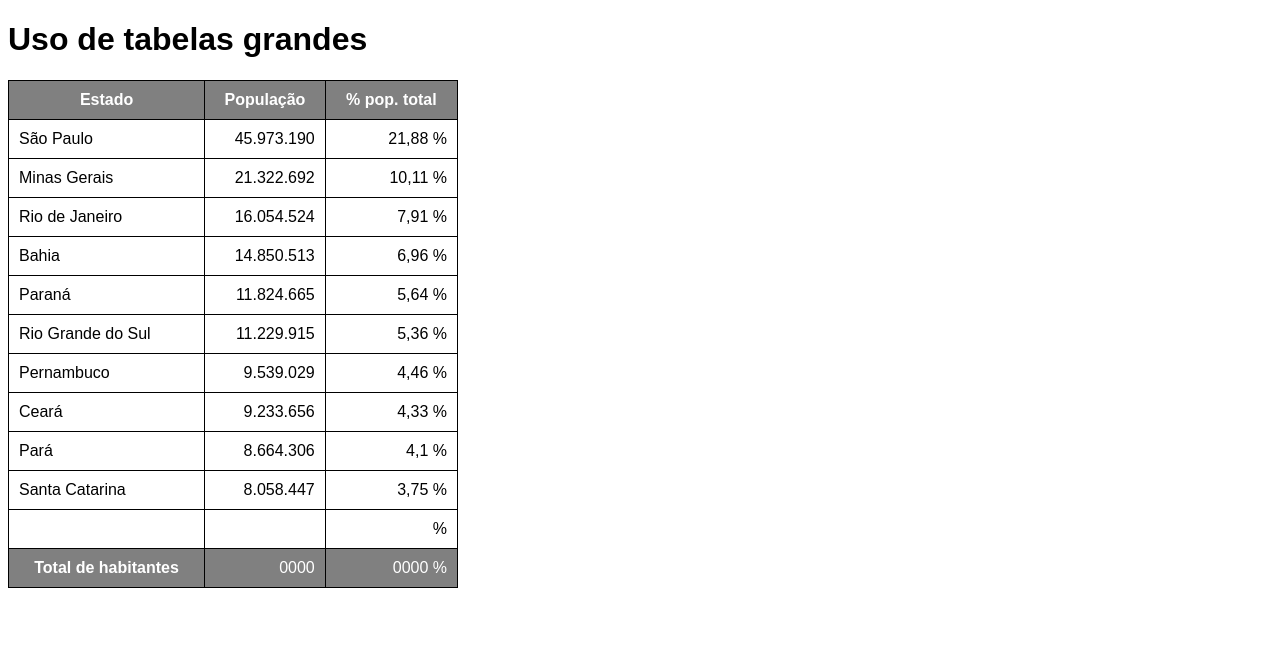
Repository: railsondev/html-css
Page: Módulo3/Exercicios/Ex02 - Tabelas/tabela002.html
These files come from the project's save history. The page is drawn as it stood at one moment and after a run of saves; the edit follows.
The browser window is 1280 px wide. The pictures show the whole page.

Above is the page before, as saved 2024-10-18 18:27:12.

### Módulo3/Exercicios/Ex02 - Tabelas/tabela002.html
<!DOCTYPE html>
<html lang="pt-br">
<head>
  <meta charset="UTF-8">
  <meta name="viewport" content="width=device-width, initial-scale=1.0">
  <title>Tabelas grandes</title>
  <link rel="stylesheet" href="src/css/estilo01.css">
</head>
<body>
  <h1>Uso de tabelas grandes</h1>
  <table>
    <thead>
      <tr>
        <th>Estado</th>
        <th>População</th>
        <th>% pop. total</th>
      </tr>
    </thead>
    <tbody>
      <td>São Paulo</td>
      <td class="numero">45.973.190</td>
      <td class="porc">21,88</td>
    </tbody>
    <tbody>
      <td>Minas Gerais</td>
      <td class="numero">21.322.692</td>
      <td class="porc">10,11</td>
    </tbody>
    <tbody>
      <td>Rio de Janeiro</td>
      <td class="numero">16.054.524</td>
      <td class="porc">7,91</td>
    </tbody>
    <tbody>
      <td>Bahia</td>
      <td class="numero">14.850.513</td>
      <td class="porc">6,96</td>
    </tbody>
    <tbody>
      <td>Paraná</td>
      <td class="numero">11.824.665</td>
      <td class="porc">5,64</td>
    </tbody>
    <tbody>
      <td>Rio Grande do Sul</td>
      <td class="numero">11.229.915</td>
      <td class="porc">5,36</td>
    </tbody>
    <tbody>
      <td>Pernambuco</td>
      <td class="numero">9.539.029</td>
      <td class="porc">4,46</td>
    </tbody>
    <tbody>
      <td>Ceará</td>
      <td class="numero">9.233.656</td>
      <td class="porc">4,33</td>
    </tbody>
    <tbody>
      <td>Pará</td>
      <td class="numero">8.664.306</td>
      <td class="porc">4,1</td>
    </tbody>
    <tbody>
      <td>Santa Catarina</td>
      <td class="numero">8.058.447</td>
      <td class="porc">3,75</td>
    </tbody>
    <tbody>
      <td></td>
      <td class="numero"></td>
      <td class="porc"></td>
    </tbody>
    <tfoot>
      <tr>
        <th>Total de habitantes</th>
        <td class="numero">0000</td>
        <td class="porc">0000</td>
      </tr>
    </tfoot>
  </table>
</body>
</html>

### Módulo3/Exercicios/Ex02 - Tabelas/src/css/estilo01.css
@charset 'UTF-8';

body {
  font-family: Arial, Helvetica, sans-serif;
}
.porc::after {
  content: ' %';
}

.numero, .porc {
  text-align: right;
}

table {
  width: 450px;
  border-collapse: collapse;
}
td, th {
  border: 1px solid black;
  padding: 10px;
}
thead, tfoot {
  background-color: gray;
  color: white;
}

After the next 2 saves:
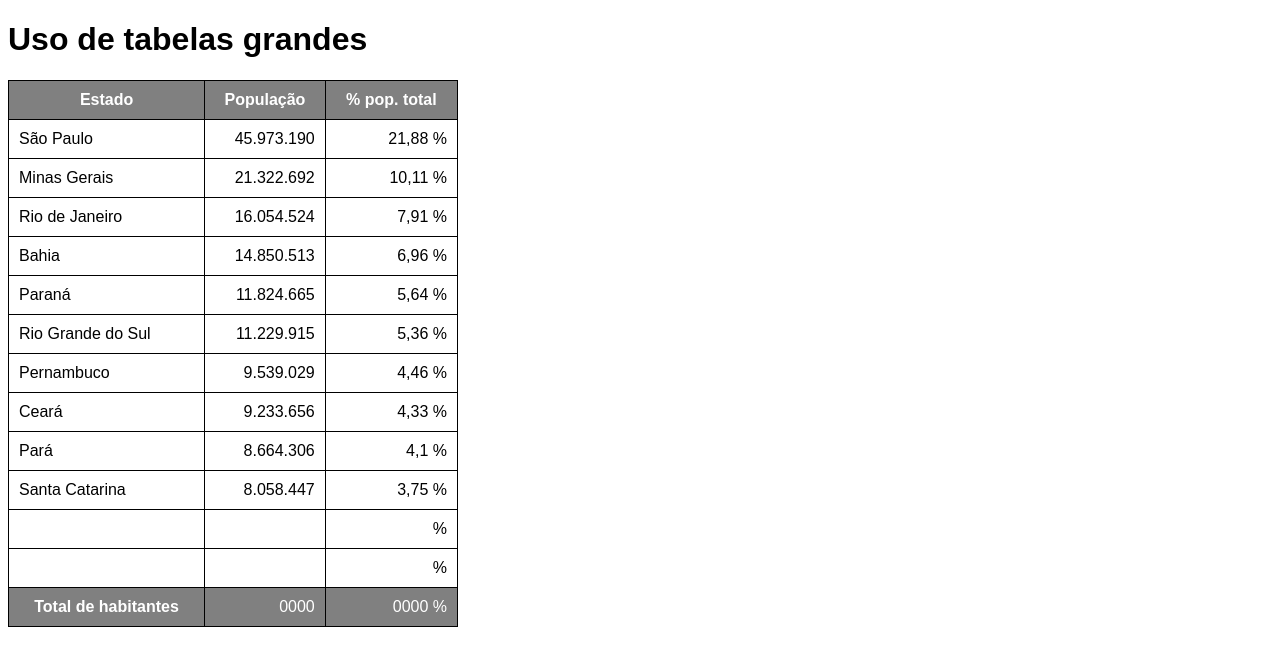
The 2 saves are shown as one change because they came seconds apart.
The last was saved 9 s later.
--- a/Módulo3/Exercicios/Ex02 - Tabelas/tabela002.html
+++ b/Módulo3/Exercicios/Ex02 - Tabelas/tabela002.html
@@ -71,6 +71,12 @@
       <td class="numero"></td>
       <td class="porc"></td>
     </tbody>
+    <tbody>
+      <td></td>
+      <td class="numero"></td>
+      <td class="porc"></td>
+    </tbody>
+
     <tfoot>
       <tr>
         <th>Total de habitantes</th>
